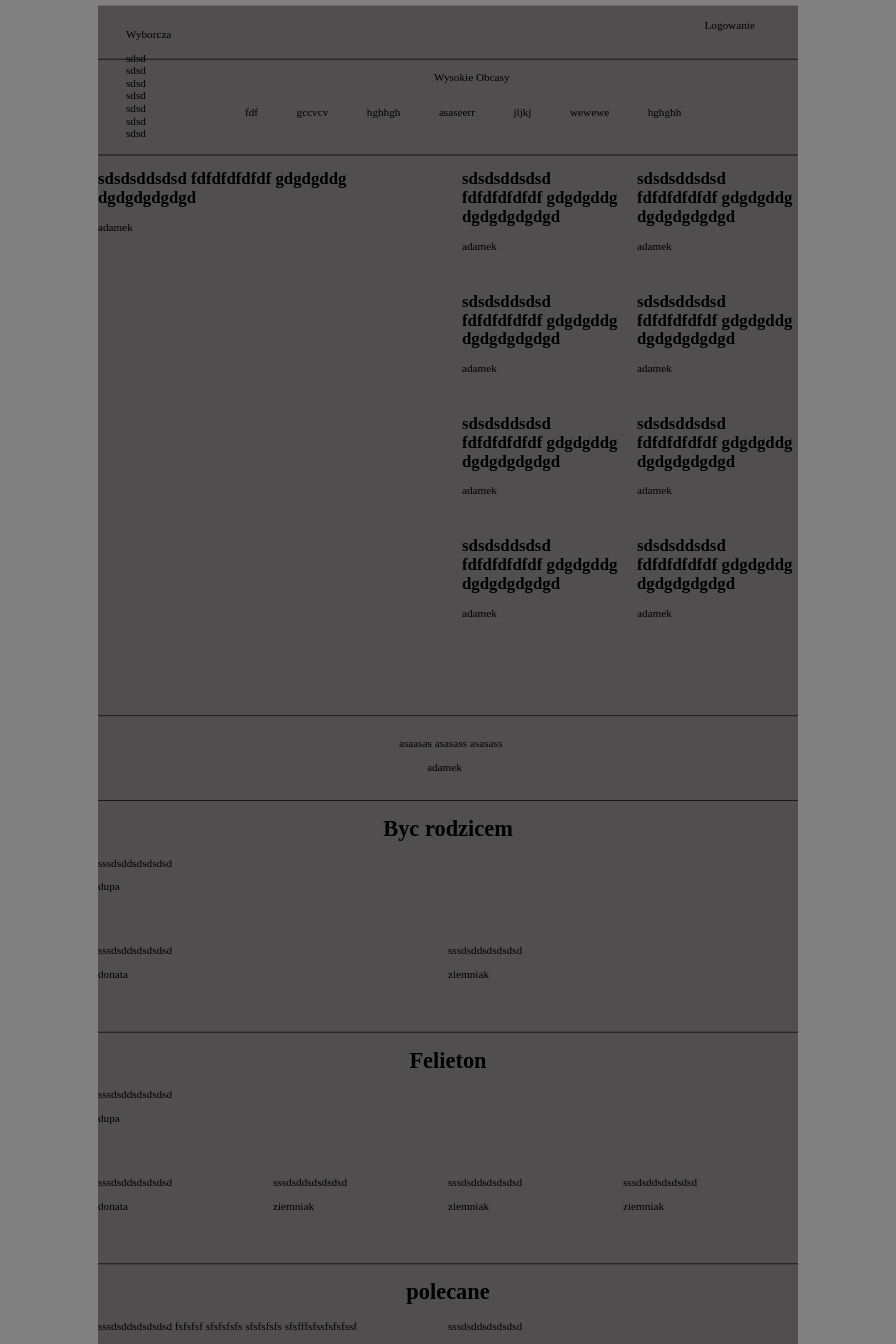
Repository: kq333/pitupitu.pl
Page: index.html
The author's editor kept a copy of each file at every save. The page is drawn from the files as they stood at one save, then again after the next save.
The browser window is 1280 px wide. The pictures show the part of the page from y = 0 to 1920 px (the page is 2785 px tall before and 2835 px after), at 70% of full size.
The style sheet was rebuilt from its Sass, Less or Tailwind sources for each picture, by a compiler version that may differ from the author's.

Above is the page before, as saved 2020-11-04 13:32:41.

After the next save:
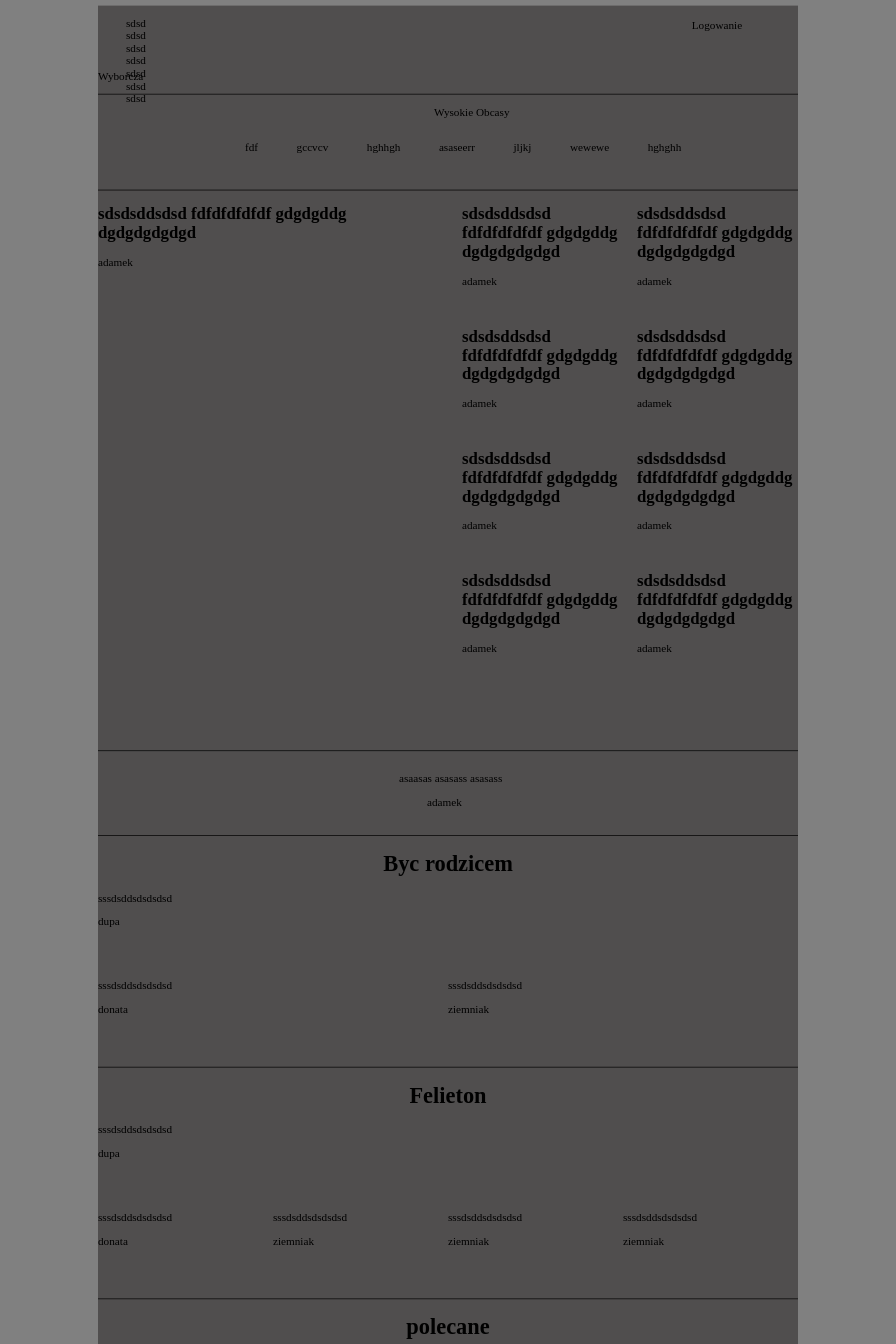
Saved 3 min 18 s later.
--- a/index.html
+++ b/index.html
@@ -12,7 +12,8 @@
 <div id="container">
   <div id="content">
     <div id=bar>
-        <ul class="ul_bar"><p>Wyborcza</p>
+        <p>Wyborcza</p>
+        <ul class="ul_bar">
             <li>sdsd</li>
             <li>sdsd</li>
             <li>sdsd</li>
